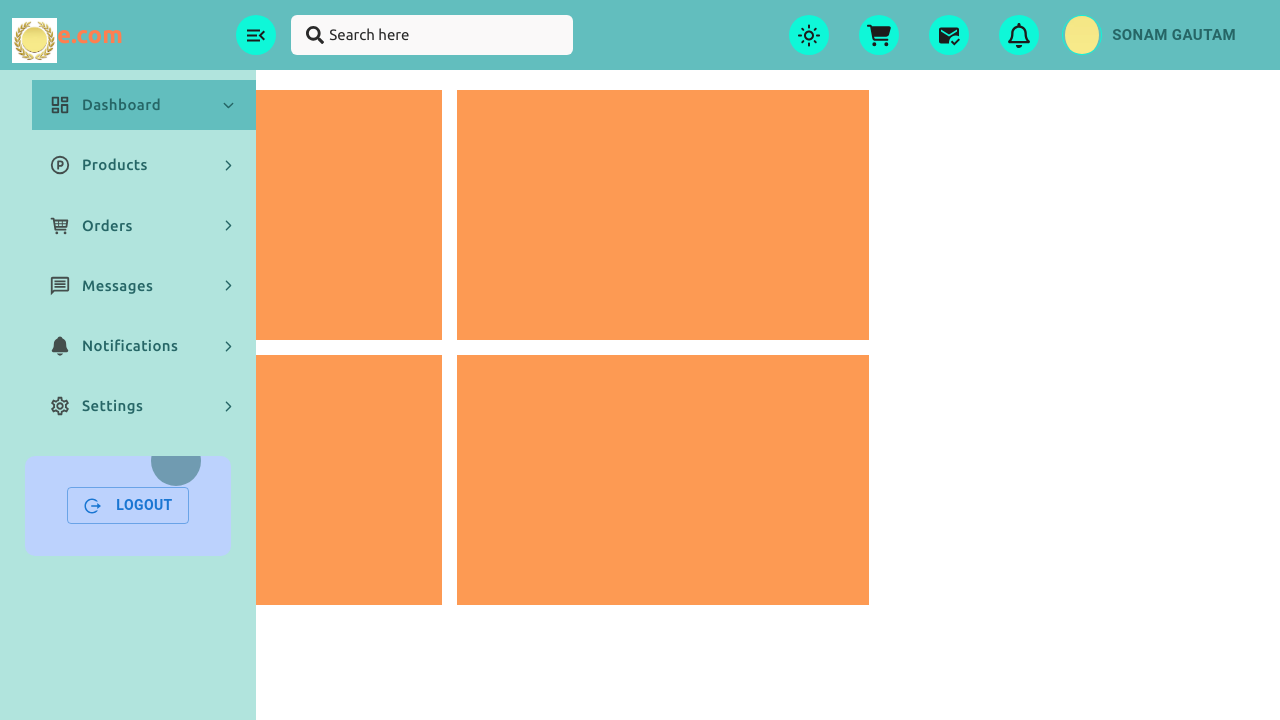
Repository: gautamsonam011/admin-react-dashboard
Page: /
The author's editor kept a copy of each file at every save. The page is drawn from the files as they stood at one save, then again after the next save.
The browser window is 1280 px wide. The pictures show the whole page.
The project was rebuilt for these pictures with package versions that can differ from the ones it lists, and the page was loaded fresh each time.

Above is the page before, as saved 2025-04-16 12:00:36.

### src/App.js
import { BrowserRouter, Routes, Route } from 'react-router-dom';
import './App.css';
import 'bootstrap/dist/css/bootstrap.min.css';
import Dashboard from './pages/Dashboard/Dashboard';
import Header from "./components/Header/index";
import Sidebar from './components/Sidebar';

function App() {
  return (
    <BrowserRouter>
    <Header/>
    <div className='main d-flex'>
      <div className='sidebarWrapper'>
        <Sidebar/>
      </div>
    </div>
    <div className='content'>
    <Routes>
      <Route path = "/" exact={true} element={<Dashboard/>} />
    </Routes>
    </div>

    </BrowserRouter>
  );
}

export default App;

### src/App.css
@import url('https://fonts.googleapis.com/css2?family=Ubuntu:ital,wght@0,300;0,400;0,500;0,700;1,300;1,400;1,500;1,700&display=swap');

body{
  font-family: "Ubuntu", sans-serif !important;
  background-color: #f4f8f7;

}

header{
  width:100%;
  height: 70px;
  background-color:#62bebe;
  position: fixed;
  top:0px;
  left:0px;
  z-index: 1000;
}
header .logo{
  text-decoration: none;
}
header .logo img{
  margin-top: 10px;
  width:45px;

}

header .logo span{
color: coral;
font-weight: bolder;
font-size: 24px;
}
header button.rounded-circle{min-width:40px !important; width:40px !important; height: 40px !important; background-color:#0ff7d8 !important; margin: 15px;}
header button.rounded-circle svg{color:rgb(29, 27, 27); font-size: 25px !important; transition: all 0.2s ease-in-out;}
header button.rounded-circle:hover svg{color: #2585d4 !important;}
.searchBox{width:400px; height: 40px; background-color:#faf9f9; border-radius: 6px;padding: 3px 15px;}
.searchBox input{background: transparent;border:0px; outline:none; padding-left: 5px; font-size: 15px; color:#292929}
.searchBox input::-webkit-input-placeholder{color:#292929}
.searchBox svg{font-size: 18px; color:#292929 ;}

.userImg{display: flex; align-items:center; justify-content: center; overflow: hidden; width:40px; height: 40px; border:1px solid #0ff7d8; padding: 2px; border-radius: 100%;}
.userImg .rounded-circle{display: flex; align-items:center; justify-content: center; overflow: hidden; width: 40px; height: 40px; cursor: pointer; position: relative;}
.userImg .rounded-circle .img{object-fit: cover; width: 100%;}
.userInfo{padding-left: 10px;}
.userInfo h5{font-size: 15px; font-weight: 600; margin-bottom:0px; color: #266666;}

#account-menu li{font-size: 14px !important;}
#account-menu li svg{font-size: 20px !important}

.dropdown-info{padding-left: 6px;}
.dropdown-info h4{font-size: 15px; font-weight:600;margin-top: 2px; white-space: break-space; line-height: 21px;}
.dropdown-info p{font-size: 10px; color: #2585d4;}


/* Style for sidebar  */

.main .sidebarWrapper{width: 20%; flex: 0 0 20%; transition: all 0.3s ease-in-out;}
.main .sidebarWrapper .sidebar{width:20%; height: 100vh; position:fixed; top: 70px; left:0px; background:#b1e4dd; overflow-y: scroll; overflow-x: hidden;}
.main .sidebarWrapper .sidebar::-webkit-scrollbar-thumb{background: transparent !important; width:3px;}
.main .sidebarWrapper:hover .sidebar::-webkit-scrollbar{ background:#2585d4; width:3px;}
.main .sidebarWrapper .sidebar ul{margin-bottom:0px;}
.main .sidebarWrapper .sidebar ul li{list-style: none; margin-top:10px;}
.main .sidebarWrapper .sidebar ul li button{color:#266666; text-align: left; justify-content: left; border-radius:0px !important; padding: 12px 15px !important;
  align-items: center; text-transform: capitalize !important;font-family: "Ubuntu", sans-serif !important;
  margin-left: 0px; font-size: 15px !important;
}
.main .sidebarWrapper .sidebar ul li button .icon{display: flex; align-items:center; justify-content: center; width:25px; height:25px; margin-right: 10px;}
.main .sidebarWrapper .sidebar ul li button .icon svg{color:#292929; opacity: 0.8; font-size: 22px;}
.main .sidebarWrapper .sidebar ul li button .arrow{margin-left: auto; display: flex; align-items: center; justify-content: center; width: 25px; transition: all 0.3s ease-in-out}
.main .sidebarWrapper .sidebar ul li button:hover{background:#62bebe !important;}
.main .sidebarWrapper .sidebar ul li button.active{background: #62bebe !important;}
.main .sidebarWrapper .sidebar ul li button.active .arrow{transform: rotate(90deg);}

.main .sidebarWrapper .sidebar ul .submenu{padding: 0px 45px; position:relative; height:auto;}
.main .sidebarWrapper .sidebar ul .submenu::before{content:''; width:1px; height: 95%; position: absolute; top:0px; left:25px; background:rgba(0, 0, 0, 0.1);}
.main .sidebarWrapper .sidebar ul .submenu li{width:100%; list-style: none;}
.main .sidebarWrapper .sidebar ul .submenu li a{color:#266666 !important; text-decoration: none; font-family: "Ubuntu", sans-serif !important;
display: block; padding: 6px 0px; font-size: 14px !important; font-weight: 500; transition:all 0.3s}
.main .sidebarWrapper .sidebar ul .submenu li a:hover{color:#2585d4 !important;}

.main .sidebarWrapper .sidebar ul .submenuWrapper{transition:all 0.3s ease-in-out; height: 0px; overflow: hidden; }
.main .sidebarWrapper .sidebar ul .submenuWrapper.colapsed .submenu{opacity:0;}

.main .sidebarWrapper .sidebar ul .submenuWrapper.colapse{height:auto; overflow: inherit;}
.main .sidebarWrapper .sidebar ul .submenuWrapper.colapse .submenu{opacity:1; height:auto;}

.logoutWrapper{padding: 0px 25px;}
.logoutWrapper .logoutBox{width:100%; height:100px; padding: 25px; background:#bcd2fd; border-radius:10px; margin-bottom:20px; display:flex; align-items: center; justify-content: center;
position:relative; overflow:hidden;}
.logoutWrapper .logoutBox::before{content:''; width:50px; height:50px; background:#266666; border-radius: 100%; position:absolute; top: -20px; right: 30px; opacity:0.5}
.logoutWrapper .logoutBox::after{content:''; width:30px; height:30px; background:#266666; border-radius: 100%; position:absolute; top: -30px; left: 30px; opacity:0.5}
.logoutWrapper .logoutBox button{font-size:14px !important; font-weight: 600 !important; }
.logoutWrapper .logoutBox button svg{margin-right: 15px; font-size:18px;}

.main .content{width:80%; flex: 0 0 80%;}
.right-content{padding: 90px 30px;}
.dashboardBoxWrapper{gap: 15px; width:100%; flex-wrap: wrap;}
.dashboardBoxWrapper .dashboardBox{width:45%; height: 250px; background-color:rgb(253, 154, 83);}

### src/pages/Dashboard/Dashboard.jsx
const Dashboard = () =>{
    return (
        <div className="right-content w-100">
            <div>
                <div className="col-md-9">
                <div className="dashboardBoxWrapper d-flex">
                <div className="dashboardBox"></div>
                <div className="dashboardBox"></div>
                <div className="dashboardBox"></div>
                <div className="dashboardBox"></div>
                </div>
                </div>
            </div>
        </div>
    )
}

export default Dashboard;

### src/components/Header/index.jsx
import React, { useState } from 'react';
import { Link } from "react-router-dom";
import logo from "../../assests/images/logo.jpg";
import Button from '@mui/material/Button';
import { MdMenuOpen } from "react-icons/md";
// import { MdOutlineMenu } from "react-icons/md";
import SearchBox from "../SearchBox";
import { MdOutlineLightMode } from "react-icons/md";
// import { MdDarkMode } from "react-icons/md";
import { FaCartShopping } from "react-icons/fa6";
import { MdMarkEmailRead } from "react-icons/md";
import { FaRegBell } from "react-icons/fa";


import Avatar from '@mui/material/Avatar';
import Menu from '@mui/material/Menu';
import MenuItem from '@mui/material/MenuItem';
import ListItemIcon from '@mui/material/ListItemIcon';
import Divider from '@mui/material/Divider';
import { FaShieldAlt } from "react-icons/fa";
import Settings from '@mui/icons-material/Settings';
import Logout from '@mui/icons-material/Logout';

const Header = () => {
    const [anchorEl, setAnchorEl] = useState(null);
    const [anchorElNotification, setAnchorElNotification] = useState(null);

    const open = Boolean(anchorEl);

    const handleOpenMyAccountDropdown = (event) => {
        if (anchorEl) {
            setAnchorEl(null);
        } else {
            setAnchorEl(event.currentTarget);
        }
    };

    const handleOpenMyAccountDropdownClose = () => {
        setAnchorEl(null);
    };

    // For Notification dropdown
    const handleOpennotificationsDrop = (event) => {
        setAnchorElNotification(event.currentTarget);
    };

    const handleClosenotificationsDrop = () => {
        setAnchorElNotification(null);
    };



    return (
        <>
            <header>
                <div className="container-fluid">
                    <div className="row d-flex align-items-center w-100">
                        {/* logo */}
                        <div className="col-sm-2">
                            <Link to="/" className="d-flex align-items-center logo">
                                <img src={logo} alt="logo" />
                                <span className="ml-2">e.com</span>
                            </Link>
                        </div>
                        <div className="col-sm-3 d-flex align-items-center pl-4">
                            <Button className="rounded-circle"><MdMenuOpen /></Button>
                            <SearchBox />
                        </div>
                        <div className="col-sm-7 d-flex align-items-center justify-content-end part3">
                            <Button className="rounded-circle"><MdOutlineLightMode /></Button>
                            <Button className="rounded-circle"><FaCartShopping /></Button>
                            <Button className="rounded-circle"><MdMarkEmailRead /></Button>
                            <Button className="rounded-circle" onClick={handleOpennotificationsDrop}>
                                <FaRegBell />
                            </Button>
                            <Menu
                                anchorEl={anchorElNotification}
                                open={Boolean(anchorElNotification)}
                                onClose={handleClosenotificationsDrop}
                                onClick={handleClosenotificationsDrop}
                                slotProps={{
                                    paper: {
                                        elevation: 0,
                                        sx: {
                                            overflow: 'visible',
                                            filter: 'drop-shadow(0px 2px 8px rgba(0,0,0,0.32))',
                                            mt: 1.5,
                                            '&::before': {
                                                content: '""',
                                                display: 'block',
                                                position: 'absolute',
                                                top: 0,
                                                right: 14,
                                                width: 10,
                                                height: 10,
                                                bgcolor: 'background.paper',
                                                transform: 'translateY(-50%) rotate(45deg)',
                                                zIndex: 0,
                                            },
                                        },
                                    },
                                }}
                                transformOrigin={{ horizontal: 'right', vertical: 'top' }}
                                anchorOrigin={{ horizontal: 'right', vertical: 'bottom' }}
                            >
                                <MenuItem onClick={handleClosenotificationsDrop}>
                                    Orders(12)
                                </MenuItem>
                                <Divider className="mb-2" />
                                <MenuItem onClick={handleClosenotificationsDrop}>
                                    <div className="d-flex align-items-center dropdown-list">

                                        <div className="userImg">
                                        <span className="rounded-circle">
                                            <img src={logo} alt="profile" />
                                        </span>

                                    </div>
                                    <div className='dropdown-info'>
                                        <h4><b>Sona</b> added Leather New Shoes</h4>
                                        <p>Few minutes ago</p>
                                    </div>
                                    </div>

                                </MenuItem>
                                <MenuItem onClick={handleClosenotificationsDrop}>
                                    <div className="d-flex align-items-center dropdown-list">

                                        <div className="userImg">
                                        <span className="rounded-circle">
                                            <img src={logo} alt="profile" />
                                        </span>

                                    </div>
                                    <div className='dropdown-info'>
                                        <h4><b>Sona</b> added Leather New Shoes</h4>
                                        <p>Few minutes ago</p>
                                    </div>
                                    </div>

                                </MenuItem>
                            </Menu>

                            <div className="myAccountWrapper">
                                <Button className="myAccount d-flex align-items-center" onClick={handleOpenMyAccountDropdown}>
                                    <div className="userImg">
                                        <span className="rounded-circle">
                                            <img src={logo} alt="profile" />
                                        </span>

                                    </div>
                                    <div className="userInfo">
                                        <h5>Sonam Gautam</h5>
                                    </div>

                                    <Menu
                                        anchorEl={anchorEl}
                                        id="account-menu"
                                        open={open}
                                        onClose={handleOpenMyAccountDropdownClose}
                                        onClick={handleOpenMyAccountDropdownClose}
                                        slotProps={{
                                            paper: {
                                                elevation: 0,
                                                sx: {
                                                    overflow: 'visible',
                                                    filter: 'drop-shadow(0px 2px 8px rgba(0,0,0,0.32))',
                                                    mt: 1.5,
                                                    '& .MuiAvatar-root': {
                                                        width: 32,
                                                        height: 32,
                                                        ml: -0.5,
                                                        mr: 1,
                                                    },
                                                    '&::before': {
                                                        content: '""',
                                                        display: 'block',
                                                        position: 'absolute',
                                                        top: 0,
                                                        right: 14,
                                                        width: 10,
                                                        height: 10,
                                                        bgcolor: 'background.paper',
                                                        transform: 'translateY(-50%) rotate(45deg)',
                                                        zIndex: 0,
                                                    },
                                                },
                                            },
                                        }}
                                        transformOrigin={{ horizontal: 'right', vertical: 'top' }}
                                        anchorOrigin={{ horizontal: 'right', vertical: 'bottom' }}
                                    >
                                        <MenuItem onClick={handleOpenMyAccountDropdownClose}>
                                            <Avatar /> Profile
                                        </MenuItem>
                                        <Divider />
                                        <MenuItem onClick={handleOpenMyAccountDropdownClose}>
                                            <ListItemIcon>
                                                <FaShieldAlt fontSize="small" />
                                            </ListItemIcon>
                                            Reset Password
                                        </MenuItem>
                                        <MenuItem onClick={handleOpenMyAccountDropdownClose}>
                                            <ListItemIcon>
                                                <Settings fontSize="small" />
                                            </ListItemIcon>
                                            Settings
                                        </MenuItem>
                                        <MenuItem onClick={handleOpenMyAccountDropdownClose}>
                                            <ListItemIcon>
                                                <Logout fontSize="small" />
                                            </ListItemIcon>
                                            Logout
                                        </MenuItem>
                                    </Menu>
                                </Button>
                            </div>
                        </div>
                    </div>
                </div>
            </header>
        </>
    )
}

export default Header

### src/components/Sidebar/index.jsx
import Button from '@mui/material/Button';
import { RiDashboardLine } from "react-icons/ri";
import { IoIosArrowForward } from "react-icons/io";
import { TbBrandProducthunt } from "react-icons/tb";
import { TiShoppingCart } from "react-icons/ti";
import { MdOutlineMessage } from "react-icons/md";
import { IoNotifications } from "react-icons/io5";
import { MdOutlineSettings } from "react-icons/md";
import { Link } from 'react-router-dom';
import React, {useState} from "react";
import { RiLogoutCircleRLine } from "react-icons/ri";

const Sidebar = () =>{
    const [activeTab, setActiveTab] = useState(0);
    const [isToggleSubmenu, setIsToggleSubmenu] = useState(false);

    const isOpenSubmenu = (index) =>{
        setActiveTab(index);
        setIsToggleSubmenu(!isToggleSubmenu);


    }

    return(
        <div className="sidebar">
            <ul>
                <li>
                    <Link to="/">
                    <Button className={`w-100 ${activeTab === 0 ? 'active' : ''}`} onClick={()=>isOpenSubmenu(0)}>
                        <span className='icon'><RiDashboardLine/></span>
                        Dashboard
                        <span className="arrow"><IoIosArrowForward/></span>
                    </Button>
                    </Link>
                </li>
                <li>
                    <Button className={`w-100 ${activeTab === 1 && isToggleSubmenu===true ?  'active' : ''}`} onClick={()=>isOpenSubmenu(1)}>
                        <span className='icon'><TbBrandProducthunt/></span>
                        Products
                        <span className="arrow"><IoIosArrowForward/></span>
                    </Button>
                    <div className={`submenuWrapper ${activeTab===1 && isToggleSubmenu===true ? 'colapse':'colapsed'}`}>
                    <ul className='submenu'>
                        <li><Link to="#">Product Add</Link></li>
                        <li><Link to="#">Product List</Link></li>
                        <li><Link to="#">Product View</Link></li>
                    </ul>
                    </div>
                </li>
                <li>
                    <Link to="/">
                    <Button className={`w-100 ${activeTab === 2 ? 'active' : ''}`} onClick={()=>isOpenSubmenu(2)}>
                        <span className='icon'><TiShoppingCart/></span>
                        Orders
                        <span className="arrow"><IoIosArrowForward/></span>
                    </Button>
                    </Link>
                </li>
                <li>
                    <Link to="/">
                    <Button className={`w-100 ${activeTab === 3 ? 'active' : ''}`} onClick={()=>isOpenSubmenu(3)}>
                        <span className='icon'><MdOutlineMessage/></span>
                        Messages
                        <span className="arrow"><IoIosArrowForward/></span>
                    </Button>
                    </Link>
                </li>
                <li>
                    <Link to="/">
                    <Button className={`w-100 ${activeTab === 4 ? 'active' : ''}`} onClick={()=>isOpenSubmenu(4)}>
                        <span className='icon'><IoNotifications/></span>
                        Notifications
                        <span className="arrow"><IoIosArrowForward/></span>
                    </Button>
                    </Link>
                </li>
                <li>
                    <Link to="/">
                    <Button className={`w-100 ${activeTab === 5 ? 'active' : ''}`} onClick={()=>isOpenSubmenu(5)}>
                        <span className='icon'><MdOutlineSettings /></span>
                        Settings
                        <span className="arrow"><IoIosArrowForward/></span>
                    </Button>
                    </Link>
                </li>
            </ul>
            <br/>
            <div className="logoutWrapper">
                <div className="logoutBox">
            <Button variant="outlined"> <RiLogoutCircleRLine/>Logout</Button>
            </div>
            </div>
        </div>
    )
}

export default Sidebar

### src/components/SearchBox.jsx
import { FaSearch } from "react-icons/fa";

const SearchBox = () =>{
    return (
        <div className="searchBox position-relative d-flex align-items-center">
            <FaSearch className="mr-2" />
            <input type="text" placeholder="Search here"  />
        </div>
    )
}

export default SearchBox;

Loaded but not shown: public/index.html (common file); src/index.js (common file); src/reportWebVitals.js (common file)

After the next save:
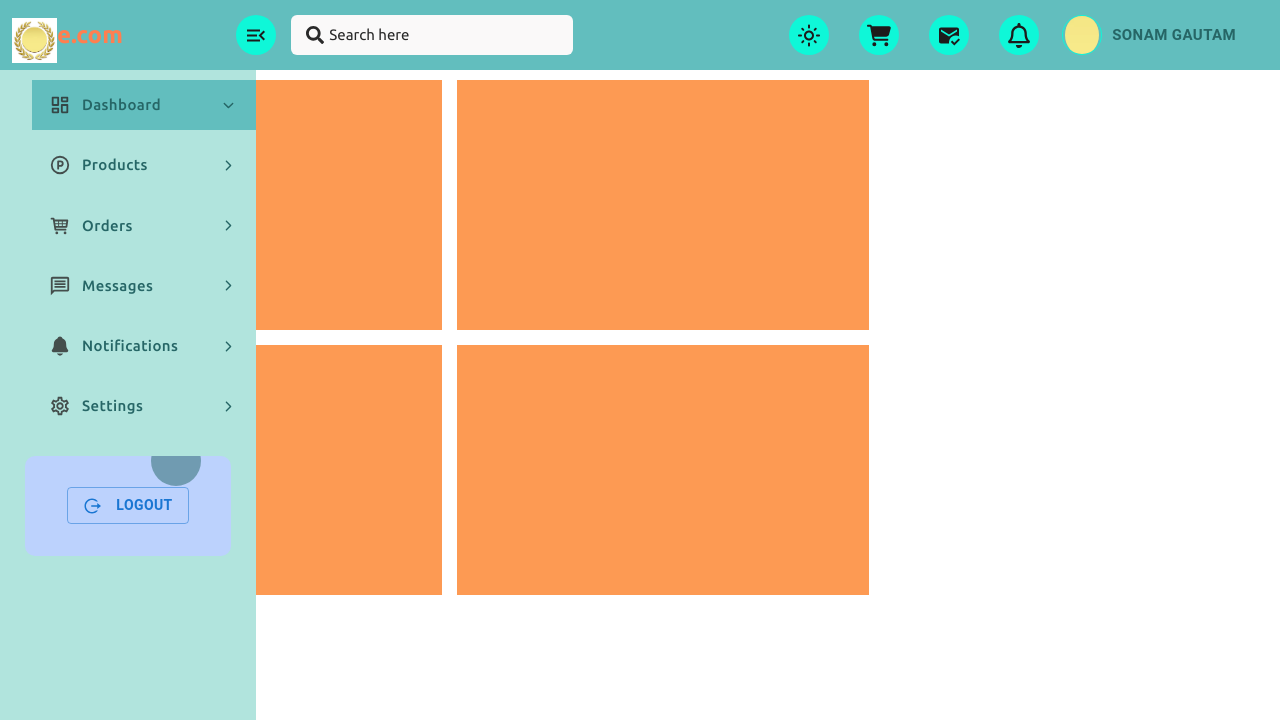
Saved 8 s later.
--- a/src/App.css
+++ b/src/App.css
@@ -92,6 +92,6 @@ position:relative; overflow:hidden;}
 .logoutWrapper .logoutBox button svg{margin-right: 15px; font-size:18px;}
 
 .main .content{width:80%; flex: 0 0 80%;}
-.right-content{padding: 90px 30px;}
+.right-content{padding: 80px 30px;}
 .dashboardBoxWrapper{gap: 15px; width:100%; flex-wrap: wrap;}
 .dashboardBoxWrapper .dashboardBox{width:45%; height: 250px; background-color:rgb(253, 154, 83);}
